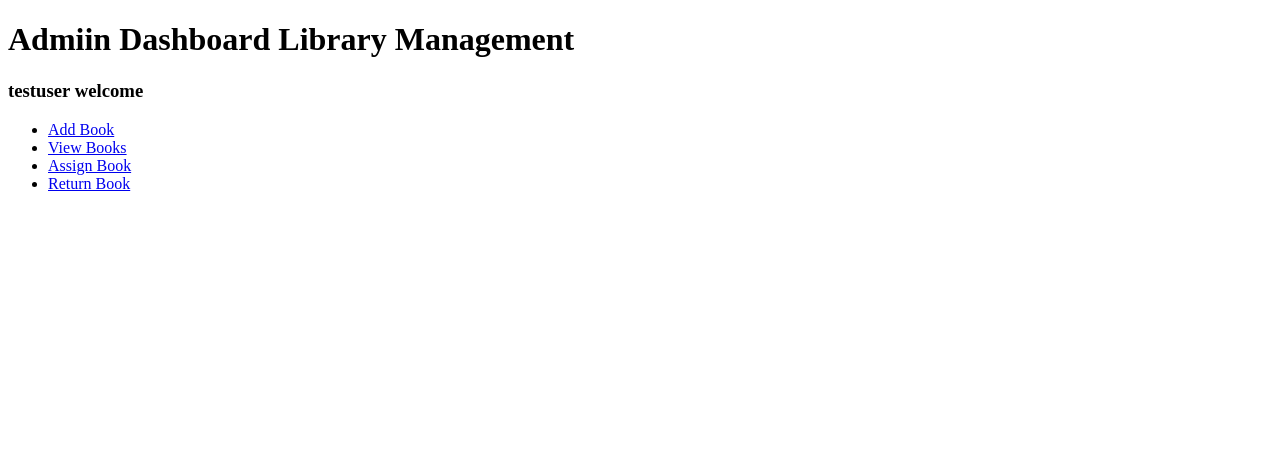
Repository: Gagan7259/Library_management
Page: http://localhost/Library_management/adminHome.jsp
The author's editor kept a copy of each file at every save. The page is drawn from the files as they stood at one save, then again after the next save.
The browser window is 1280 px wide. The pictures show the whole page.
The page is served by Tomcat 10. The session is filled in as if someone had signed in: {"username": "testuser", "role": "admin"}. Other server files are loaded and not shown.

Above is the page before, as saved 2025-07-20 04:25:52.

### Library_management/src/main/webapp/adminHome.jsp
<%@page import="javax.management.relation.Role"%>
<%@ page language="java" contentType="text/html; charset=UTF-8"
	pageEncoding="UTF-8"%>
<%
HttpSession Adminsession = request.getSession(false);
if (session == null || !"admin".equals(session.getAttribute("role"))) {
	response.sendRedirect("Login.jsp");
}
%>
<!DOCTYPE html>
<html>
<head>
<meta charset="UTF-8">
<title>Admin Home</title>
</head>
<body>
	<h1>Admiin Dashboard Library Management</h1>
	<h3>
		<%=session.getAttribute("username")%>
		welcome
	</h3>
	<ul>
		<li><a href="addBook.jsp">Add Book</a></li>
		<li><a href="viewBooks.jsp">View Books</a></li>
		<li><a href="assignBook.jsp">Assign Book</a></li>
		<li><a href="returnBook.jsp">Return Book</a></li>
	</ul>
</body>
</html>

### Library_management/src/main/webapp/Css/style.css
body {
	font-family: Arial, sans-serif;
	background-color: #f0f4f8;
	margin: 0;
	padding: 20px;
}

h1 {
	background-color: #2c3e50;
	color: white;
	padding: 15px;
	border-radius: 8px;
	text-align: center;
}

h3 {
	text-align: right;
	margin-right: 20px;
	color: #2c3e50;
}

ul {
	list-style-type: none;
	padding: 0;
	margin-top: 30px;
	display: flex;
	flex-direction: column;
	align-items: center;
}

ul li {
	margin: 10px 0;
}

ul li a {
	text-decoration: none;
	color: white;
	background-color: #3498db;
	padding: 12px 30px;
	border-radius: 6px;
	transition: background-color 0.3s ease;
	font-size: 16px;
	display: inline-block;
}

ul li a:hover {
	background-color: #2980b9;
}




form {
    background-color: #ffffff;
    padding: 30px 40px;
    border-radius: 10px;
    box-shadow: 0 5px 20px rgba(0, 0, 0, 0.1);
    width: 400px;
}

form label {
    display: block;
    margin-bottom: 6px;
    font-weight: bold;
    color: #333;
}

form input[type="text"],
form input[type="number"] {
    width: 100%;
    padding: 10px 12px;
    margin-bottom: 20px;
    border: 1px solid #ccc;
    border-radius: 6px;
    box-sizing: border-box;
    transition: border 0.3s ease;
}

form input[type="text"]:focus,
form input[type="number"]:focus {
    border: 1px solid #3498db;
    outline: none;
}

After the next save:
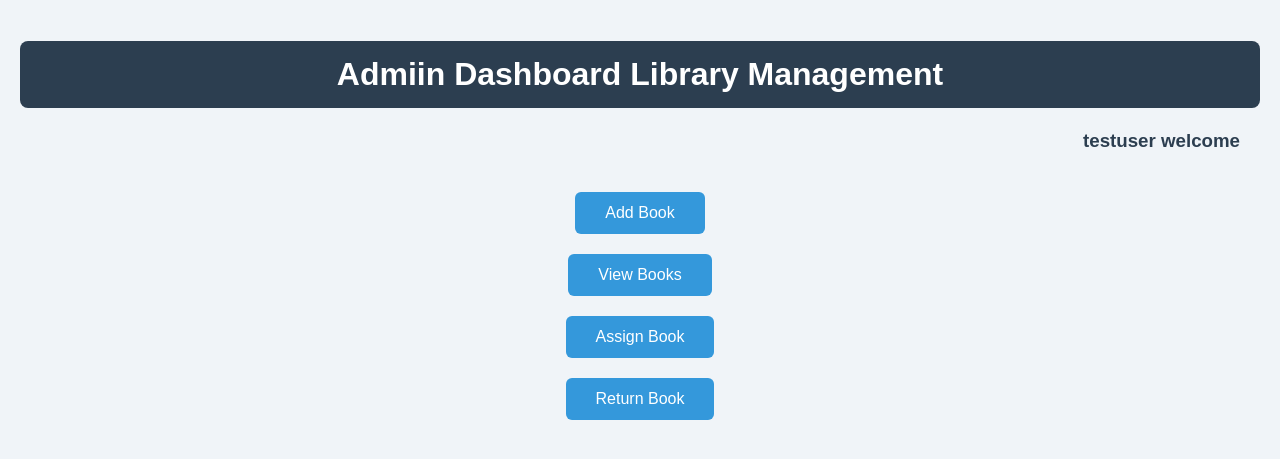
Saved 56 s later.
--- a/Library_management/src/main/webapp/adminHome.jsp
+++ b/Library_management/src/main/webapp/adminHome.jsp
@@ -12,6 +12,8 @@ if (session == null || !"admin".equals(session.getAttribute("role"))) {
 <head>
 <meta charset="UTF-8">
 <title>Admin Home</title>
+<link rel="stylesheet" type="text/css" href="Css/style.css">
+
 </head>
 <body>
 	<h1>Admiin Dashboard Library Management</h1>
